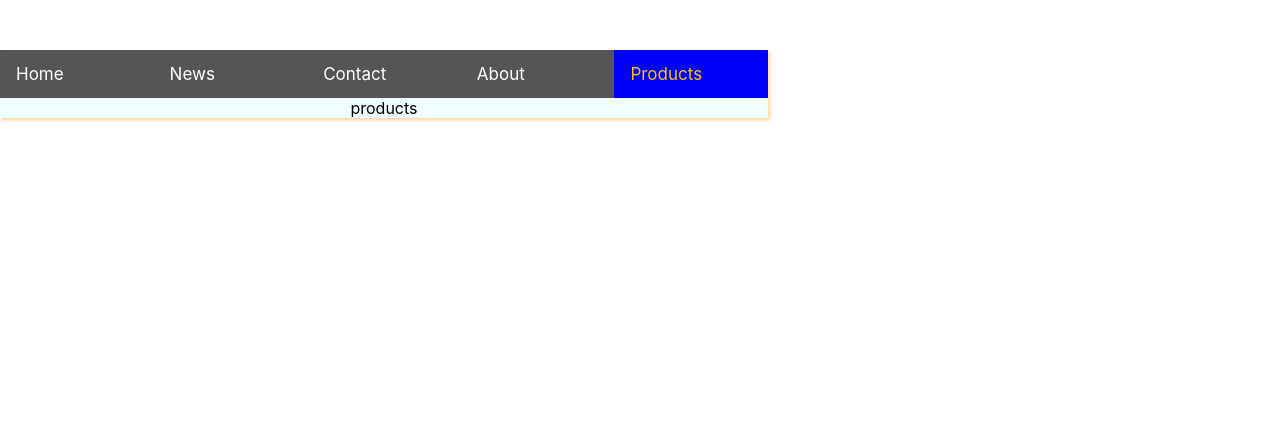
Repository: JasonMorta/basicPlus-rouets
Page: /products
These files come from the project's save history. The page is drawn as it stood at one moment and after the next save; the edit follows.
The browser window is 1280 px wide. The pictures show the whole page.
Some web fonts or font styles are not loaded; a fallback is used. The project was rebuilt for these pictures with package versions that can differ from the ones it lists, and the page was loaded fresh each time. Also part of the build but not shown: src/pages/Home.jsx, src/pages/news.css, src/pages/News.jsx, src/pages/About.jsx, src/pages/Hooks/UseRefHook.jsx, src/pages/Contact.jsx, src/pages/List.jsx.

Above is the page before, as saved 2023-04-01 08:23:00.

After the next save:
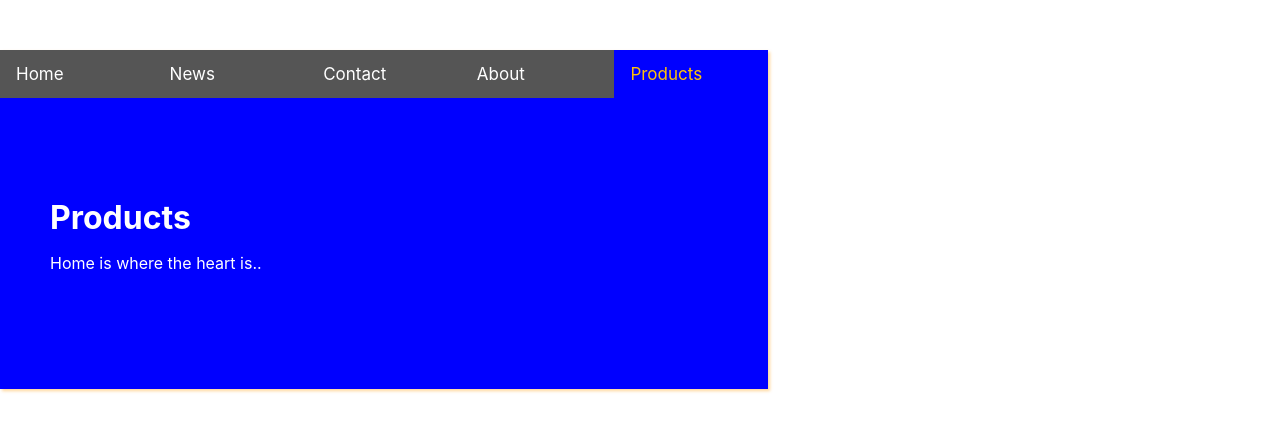
Saved 51 s later.
--- a/src/pages/Products.jsx
+++ b/src/pages/Products.jsx
@@ -2,8 +2,11 @@
 
 export default function Products() {
   return (
-    <div>
-        products
+    <div style={{ backgroundColor: "blue" }}  className="tabcontent">
+    <div className="inner-content">
+       <h3>Products</h3>
+       <p>Home is where the heart is..</p>
     </div>
+  </div>
   )
 }
